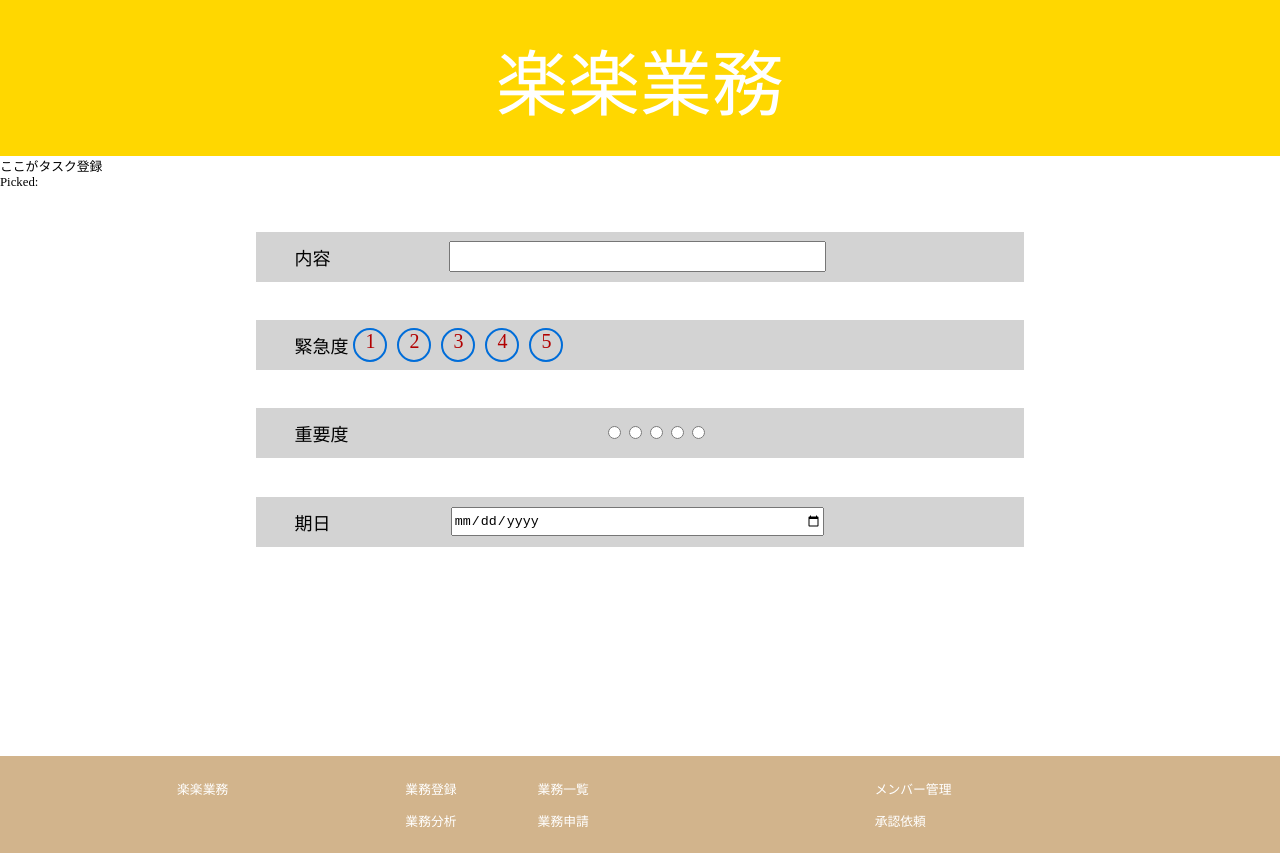
Repository: Reiya-1003/VueReplaceTask
Page: /#/register
These files come from the project's save history. The page is drawn as it stood at one moment and after the next save; the edit follows.
The browser window is 1280 px wide. The pictures show the whole page.
The project was rebuilt for these pictures with package versions that can differ from the ones it lists, and the page was loaded fresh each time. Also part of the build but not shown: vue.config.js, src/components/pages/PageHome.vue.

Above is the page before, as saved 2022-06-16 16:46:06.

### public/index.html
<!DOCTYPE html>
<html lang="">
  <head>
    <meta charset="utf-8">
    <meta http-equiv="X-UA-Compatible" content="IE=edge">
    <meta name="viewport" content="width=device-width,initial-scale=1.0">
    <link rel="icon" href="<%= BASE_URL %>favicon.ico">
    <link rel="stylesheet" href="style.css">
    <title><%= htmlWebpackPlugin.options.title %></title>
  </head>
  <body>
    <noscript>
      <strong>We're sorry but <%= htmlWebpackPlugin.options.title %> doesn't work properly without JavaScript enabled. Please enable it to continue.</strong>
    </noscript>
    <div id="app"></div>
    <!-- built files will be auto injected -->
  </body>
</html>

### src/main.js
import Vue from 'vue'
import App from './App.vue'
import router from './roter'

Vue.config.productionTip = false


new Vue({
  router,
  render: h => h(App),
}).$mount('#app')

### src/App.vue
<template>
  <div>
      <PageHeader />

        <!-- <PageHome /> -->
        <router-view />

      <PageFooter />
  </div>
</template>

<script>
import PageHeader from "./components/modules/PageHeader";
import PageFooter from "./components/modules/PageFooter";


export default {
  name: 'App',
  components: {
    PageHeader,
    PageFooter,


  },

}
</script>

<style>

</style>

### src/roter.js
import Vue from 'vue'
import VueRouter from 'vue-router'
import Home from '@/components/pages/PageHome.vue'
import Register from '@/components/pages/PageRegister.vue'




Vue.use(VueRouter)

export default new VueRouter({
  // デフォルトの挙動では URL に `#` が含まれる.
  // URL から hash を取り除くには `mode:history` を指定する
  // mode: 'history',
  base: __dirname,

  routes: [
    {
      path: '/',
      name: 'home',
      component: Home
    },
    {
      path: '/register',
      name: 'register',
      component: Register
    },



  ]

})

### src/components/modules/PageHeader.vue
<template>
  <header id="headerblock">

    <h1 id="title" ><router-link to="/" >楽楽業務</router-link></h1>


  </header>
</template>

<script>
export default {
  name: 'PageHeader',

}
</script>


<style lang="scss" type="text/css">
  #headerblock{
    height: 10%;
    width: 100%;
    background-color: #ffd700;
    h1{
      margin: 0;
      text-align: center;
      padding: 2%;
      color: white;
      font-size: 10vh;
      font-weight: normal;
      a{
      cursor: pointer;
      color: inherit;
      text-decoration: none;
    }
    }


  }
</style>

### src/components/modules/PageFooter.vue
<template>
  <div id="footblock">

    <div class="flexitem1">
      <p><router-link to="/" >楽楽業務</router-link></p>
    </div>
    <div class="flexitem2">
      <div>
        <!-- roter-linkになると思う -->
        <p><router-link to="/register">業務登録</router-link></p>
        <p>業務分析</p>
      </div>
      <div class="item">
        <p>業務一覧</p>
        <p>業務申請</p>
      </div>
    </div>
    <div class="flexitem3">
      <p>メンバー管理</p>
      <p>承認依頼</p>
    </div>


  </div>
</template>

<script>
export default {
  name: 'PageFooter',

}
</script>


<style lang="scss" type="text/css">
  #footblock{
    background-color: #d2b48c;
    color: white;
    display: flex;
    justify-content: space-around;

    .flexitem1{
      width: 100%;
      text-align: center;
      padding-top: 10px;
      padding-bottom: 10px;
      a{
      cursor: pointer;
      color: inherit;
      text-decoration: none;
      }
    }
    .flexitem2{
      width: 100%;
      display: flex;
      padding-top: 10px;
      padding-bottom: 10px;
      justify-content: flex-start;
      a{
      cursor: pointer;
      color: inherit;
      text-decoration: none;
      }
      .item{
        padding-left: 20%;
      }
    }
    .flexitem3{
      padding-top: 10px;
      padding-bottom: 10px;
      padding-left: 5%;
      width: 100%;
      a{
      cursor: pointer;
      color: inherit;
      text-decoration: none;
      }
    }
  }
</style>

### src/components/pages/PageRegister.vue
<template>
  <div style="height: 600px">
    <div>ここがタスク登録</div>
    <span>Picked: {{ picked }}</span>

    <div class="listbox">
      <div class="listitem">
        <span class="itemtitle">内容</span
        ><span class="item"><input type="text" class="textinput" /></span>
      </div>
      <div class="listitem">
        <span class="itemtitle">緊急度</span>
        <span class="item">
          <input type="radio" id="one" value="one" name="Urgency" class="radioinput" v-model="picked"/><label
            for="one"
            >1</label>
          <input type="radio" id="two" value="two" name="Urgency" class="radioinput" v-model="picked"/><label
            for="two"
            >2</label>
            <input type="radio" id="three" value="three" name="Urgency" class="radioinput" v-model="picked"/><label
            for="three"
            >3</label>
            <input type="radio" id="four" value="four" name="Urgency" class="radioinput" v-model="picked"/><label
            for="four"
            >4</label>
            <input type="radio" id="five" value="five" name="Urgency" class="radioinput" v-model="picked"/><label
            for="five"
            >5</label>

        </span>
      </div>
      <div class="listitem">
        <span class="itemtitle">重要度</span
        ><span class="item"
          ><input type="radio" /><input type="radio" /><input
            type="radio" /><input type="radio" /><input type="radio"
        /></span>
      </div>
      <div class="listitem">
        <span class="itemtitle">期日</span
        ><span class="item"><input type="date" class="dateinput" /></span>
      </div>
    </div>
  </div>
</template>

<script>
export default {
  name: "PageRegister",
  data(){
    return{
      picked:""
    }
  }
};
</script>

<style lang="scss" type="text/css">
.listbox {
  margin: 3px auto;
  height: 400px;
  width: 60%;
  display: flex;
  flex-direction: column;

  .listitem {
    height: 50px;
    display: flex;
    align-items: center;
    margin-top: 5%;
    background-color: lightgray;
    text-align: center;
    .itemtitle {
      margin-left: 5%;
      font-size: large;
    }
    .item {
      width: 80%;
      .textinput {
        width: 60%;
        height: 25px;
      }
      .dateinput {
        width: 60%;
        height: 25px;
      }
      .radioinput{
        display: none;
      }

input[type="radio"]::checked + label {
background: #31A9EE;/* マウス選択時の背景色を指定する */
color: #ffffff; /* マウス選択時のフォント色を指定する */
}
label:hover {
background-color: #E2EDF9; /* マウスオーバー時の背景色を指定する */
}
label {
    display: block;
    float: left;
    margin: 5px;
    width: 30px;
    height: 30px;
    /* padding-left: 5px; */
    /* padding-right: 5px; */
    color: #b20000;
    text-align: center;
    /* line-height: 45px; */
    cursor: pointer;
    border: 2px solid #006DD9;
    border-radius: 50%;
    font-size: 20px;
}




    }
  }
}
</style>

### public/style.css
body{
  margin: 0;
  font-size: 1vmax;
}

After the next save:
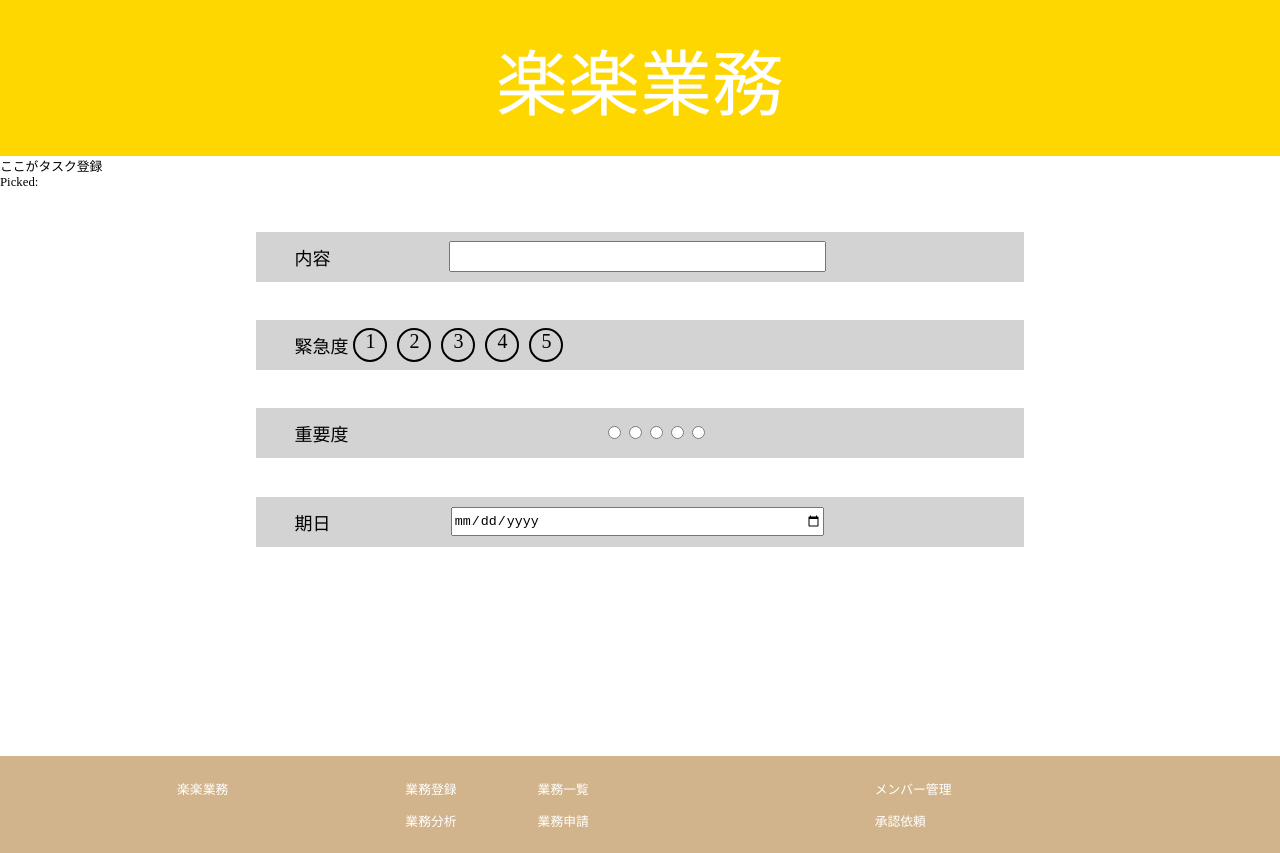
Saved 62 s later.
--- a/src/components/pages/PageRegister.vue
+++ b/src/components/pages/PageRegister.vue
@@ -101,13 +101,9 @@ label {
     margin: 5px;
     width: 30px;
     height: 30px;
-    /* padding-left: 5px; */
-    /* padding-right: 5px; */
-    color: #b20000;
     text-align: center;
-    /* line-height: 45px; */
     cursor: pointer;
-    border: 2px solid #006DD9;
+    border: 2px solid;
     border-radius: 50%;
     font-size: 20px;
 }
